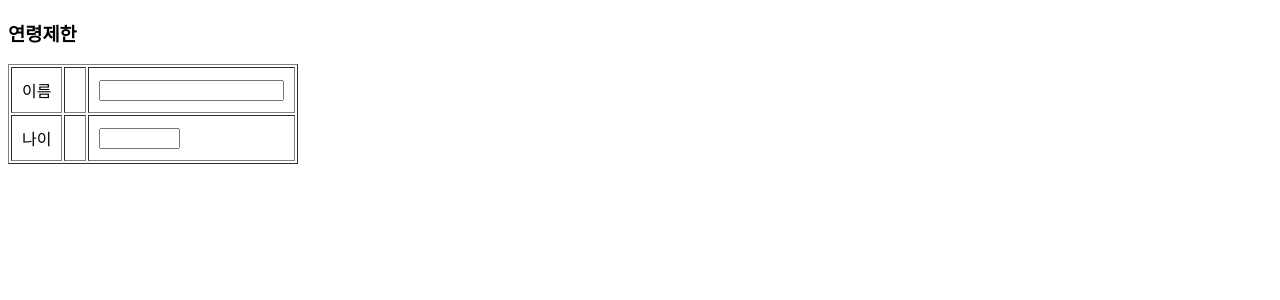
Repository: jihyunah/Java_EE
Page: workspace/testServlet/src/main/webapp/param.html
These files come from the project's save history. The page is drawn as it stood at one moment and after the next save; the edit follows.
The browser window is 1280 px wide. The pictures show the whole page.

Above is the page before, as saved 2023-02-22 05:47:57.

### workspace/testServlet/src/main/webapp/param.html
<!DOCTYPE html>
<html>
<head>
<meta charset="UTF-8">
<title>Insert title here</title>
</head>
<body>
	<h3>연령제한 </h3>

<table border="1" cellpadding="10">
	<tr>
		<td>이름 <td>
		<td><input type="text" name="name"></td>
	</tr>

	<tr>
		<td>나이 <td>
		<td><input type="text" name="age" size="7" maxlength="3"></td>
	</tr>

	</table>
</body>
</html>

After the next save:
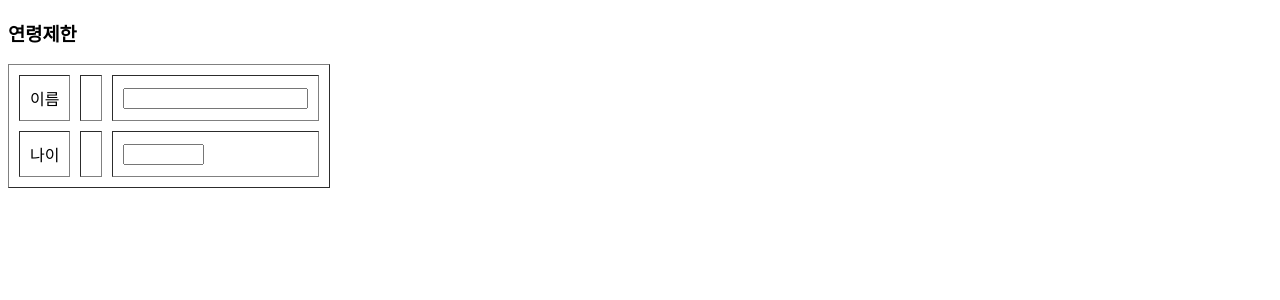
Saved 64 s later.
--- a/workspace/testServlet/src/main/webapp/param.html
+++ b/workspace/testServlet/src/main/webapp/param.html
@@ -7,7 +7,7 @@
 <body>
 	<h3>연령제한 </h3>
 
-<table border="1" cellpadding="10">
+<table border="1" cellpadding="10" cellspacing="10">
 	<tr>
 		<td>이름 <td>
 		<td><input type="text" name="name"></td>
